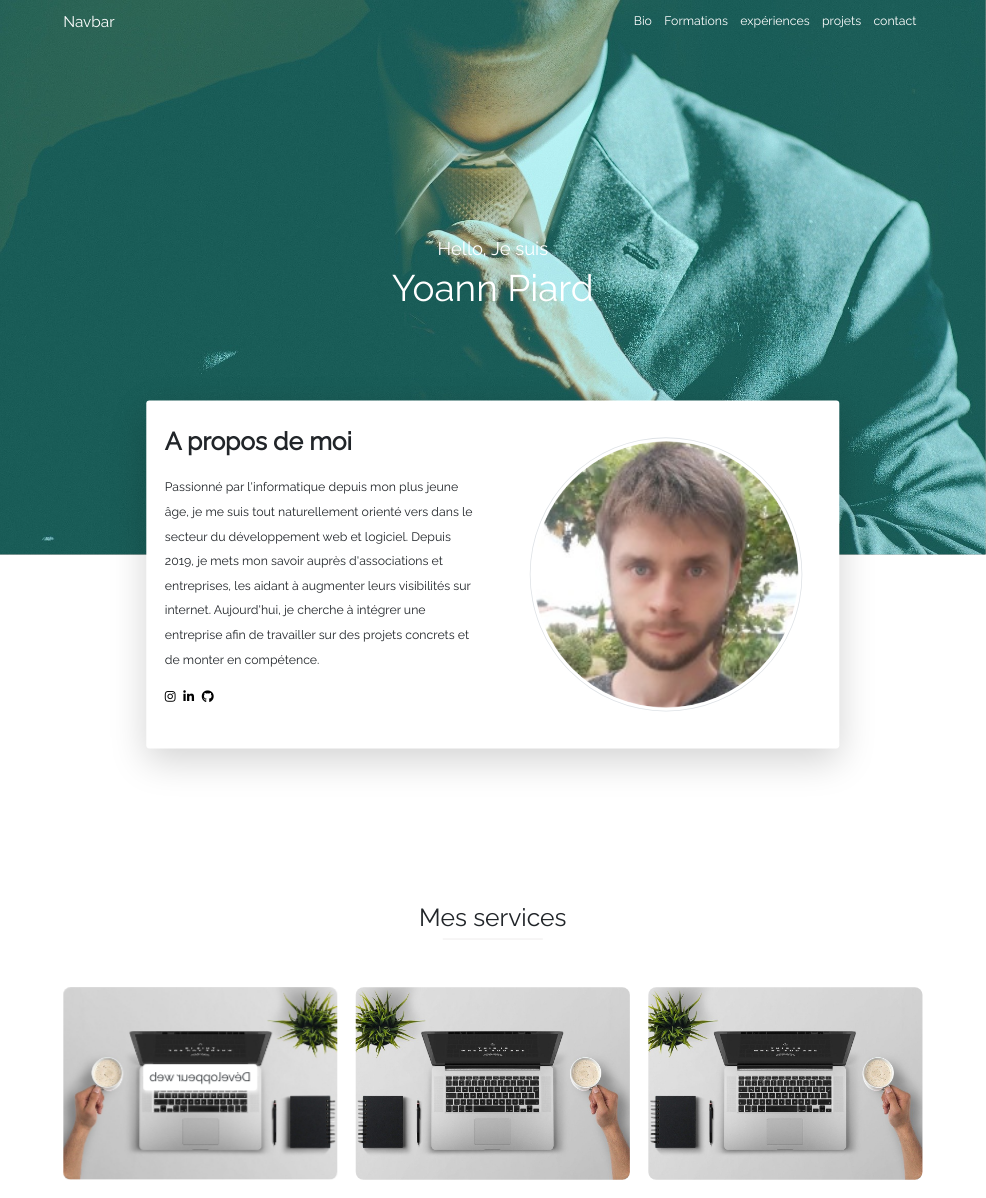
Repository: ypiard85/port-folio-bootstrap-yoann-2021
Page: index.html
The author's editor kept a copy of each file at every save. The page is drawn from the files as they stood at one save, then again after the next save.
The browser window is 1280 px wide. The pictures show the whole page, at 77% of full size.
The pointer rests on the first visible `.service_card`.

Above is the page before, as saved 2021-03-09 15:48:39.
Console error: TypeError: window.onload is not a function

### index.html
<!DOCTYPE html>
<html lang="en">
  <head>
    <meta charset="UTF-8" />
    <meta http-equiv="X-UA-Compatible" content="IE=edge" />
    <meta name="viewport" content="width=device-width, initial-scale=1.0" />
    <link rel="stylesheet" href="https://use.fontawesome.com/releases/v5.15.2/css/all.css" integrity="sha384-vSIIfh2YWi9wW0r9iZe7RJPrKwp6bG+s9QZMoITbCckVJqGCCRhc+ccxNcdpHuYu" crossorigin="anonymous">    <!-- CSS only -->
    <link rel="stylesheet" href="./resource/style.css" />
    <link
      href="https://cdn.jsdelivr.net/npm/bootstrap@5.0.0-beta2/dist/css/bootstrap.min.css"
      rel="stylesheet"
      integrity="sha384-BmbxuPwQa2lc/FVzBcNJ7UAyJxM6wuqIj61tLrc4wSX0szH/Ev+nYRRuWlolflfl"
      crossorigin="anonymous"
    />
    <title>Document</title>
  </head>
  <body>
    <nav class="navbar position-fixed w-100 navbar-expand-lg navbar-light">
      <div class="container">
        <a class="navbar-brand" href="#">Navbar</a>
        <button
          class="navbar-toggler"
          type="button"
          data-bs-toggle="collapse"
          data-bs-target="#navbarNav"
          aria-controls="navbarNav"
          aria-expanded="false"
          aria-label="Toggle navigation"
        >
          <span class="navbar-toggler-icon"></span>
        </button>
        <div class="collapse navbar-collapse" id="navbarNav">
          <ul class="navbar-nav">
            <li class="nav-item">
              <a class="nav-link active" aria-current="page" href="#bio">Bio</a>
            </li>
            <li class="nav-item">
              <a class="nav-link" href="#formation">Formations</a>
            </li>
            <li class="nav-item">
              <a class="nav-link" href="#experience">expériences</a>
            </li>
            <li class="nav-item">
              <a class="nav-link" href="#projet">projets</a>
            </li>
            <li class="nav-item">
              <a class="nav-link" href="#contact">contact</a>
            </li>
          </ul>
        </div>
      </div>
    </nav>

    <header
      class="container-fluid flex-column
          d-flex align-items-center justify-content-center"
    >
      <h4>Hello, Je suis</h4>
      <h1>Yoann Piard</h1>
    </header>

    <section class="about_me in container">
      <div class="about_card rounded shadow-lg">
        <div class="container">
          <div class="row">
            <div class="col-md-6  col-sm-12 p-3 p-sm-4 align-self-center">
              <h2 class="mb-4" >A propos de moi</h2>
              <p>
                Passionné par l'informatique depuis mon plus jeune âge, je me
                suis tout naturellement orienté vers dans le secteur du
                développement web et logiciel. Depuis 2019, je mets mon savoir
                auprès d'associations et entreprises, les aidant à augmenter
                leurs visibilités sur internet. Aujourd'hui, je cherche à
                intégrer une entreprise afin de travailler sur des projets
                concrets et de monter en compétence.
              </p>
              <ul class="d-flex">
                  <li><a href=""><i class="fab fa-instagram"></i></a></li>
                  <li><a href=""><i class="fab fa-linkedin-in"></i></a></li>
                  <li><a href=""><i class="fab fa-github"></i></a></li>
              </ul>
            </div>
            <div class="col-md-6 col-sm-12 p-3 p-sm-5 d-none d-md-block">
              <img class="img-fluid img-thumbnail" src="./resource/image/yoann_piard.png" alt="" />
            </div>
          </div>
        </div>
      </div>
    </section>

    <section class="my_work">
        <div class="container">
            <h2 class="ttile_section text-center mb-5">Mes services</h2>
            <div class="row pt-4 pb-4">
                <div class="col-md-4">
                    <div class="service_card" style="background-image: url('./resource/services/laptop-1209008_1280.jpg')">
                        <div class="service_btn"><p class="rounded">Développeur web</p></div>
                        <div class="service_hover rounded"></div>
                    </div>
                </div>
                <div class="col-md-4">
                    <div class="service_card" style="background-image: url('./resource/services/laptop-1209008_1280.jpg')"></div>

                </div>
                <div class="col-md-4">
                    <div class="service_card" style="background-image: url('./resource/services/laptop-1209008_1280.jpg')"></div>

                </div>
            </div>
        </div>
    </section>

    <!-- JavaScript Bundle with Popper -->
    <script
      src="https://cdn.jsdelivr.net/npm/bootstrap@5.0.0-beta2/dist/js/bootstrap.bundle.min.js"
      integrity="sha384-b5kHyXgcpbZJO/tY9Ul7kGkf1S0CWuKcCD38l8YkeH8z8QjE0GmW1gYU5S9FOnJ0"
      crossorigin="anonymous"
    ></script>
    <script src="https://unpkg.com/scrollreveal"></script>
    <script src="./resource/scrollreveal.js"></script>
    <script src="./resource/app.js"></script>
    <script>window.onload(scrollEffect()) </script>
  </body>
</html>

### resource/style.css
@import url('https://fonts.googleapis.com/css2?family=Raleway&display=swap');

*{
    transition: 0.3s;
}

body{
    font-family: 'Raleway', sans-serif!important;
}


.navbar-collapse{
    flex-grow: 0!important;
}

nav a{
    color: white!important;
}

header{
    height: 100vh;
    background: gray;
    background-image: linear-gradient(90deg, rgba(0,231,249,0.2780462526807598) 100%, rgba(0,4,24,0.4405112386751575) 74%), url('./image/about-section.jpg');
    background-repeat: no-repeat;
    background-size: cover;
    background-position: top center;
    color: white;
}

header h1{
    font-weight: normal;
    font-size: 3em;
}

.about_card{
    margin: auto;
    width: 900px;
    max-width: 100%;
    background-color: white;
}

.about_card a{
    font-family: Arial!important;
}

.about_me h2{
    font-weight: bold;
}

.about_card img{
    width: 100%;
    border-radius: 50%;
}

.about_card ul{
    list-style: none;
    padding: 0;
}

.about_card i{
    font-size: 1em;
    color: black;
}

.about_card{
    line-height: 2em;
}

.about_card li{
    margin-right: 10px;
}

.in{
    transform: translateY(-200px);
}

.ttile_section{
    position: relative;
}

.ttile_section::after{
    content: '';
    position: absolute;
    width: 130px;
    height: 1px;
    background-color: rgb(233, 231, 231);
    bottom: -10px;
    left:0;
    right: 0;
    margin: auto;
}

.service_card{
    height: 250px;
    background-position: center;
    background-size: cover;
    border-radius: 10px;
    position: relative;
}

.service_btn{
    display: flex;
    justify-content: center;
    height: 100%;
    align-items: center;

}

.service_btn p{
    background-color: white;
    padding: 5px 8px;
    box-shadow: -1px 2px 5px 1px rgba(255, 255, 255, 0.7),
    -1px 2px 20px rgba(255, 255, 255, 0.6) inset;
}

.service_hover{
    position: absolute;
    top:0;
    bottom:0;
    left:0;
    right:0;
    background-color: orange;
    display: none;
}

.service_card:hover{
    transform: rotateY(180deg);
}

### resource/scrollreveal.js
function scrollEffect(){


    ScrollReveal().reveal('.about_me', {
        delay: 150,
        duration: 1000,
        reset: true,
        origin: 'bottom',
        distance: '30%'
    });

}

### resource/app.js
ScrollReveal().reveal('.about_me', {
    delay: 250,
    duration: 1000,
    reset: true,
    origin: 'bottom',
    distance: '20%'
});

After the next save:
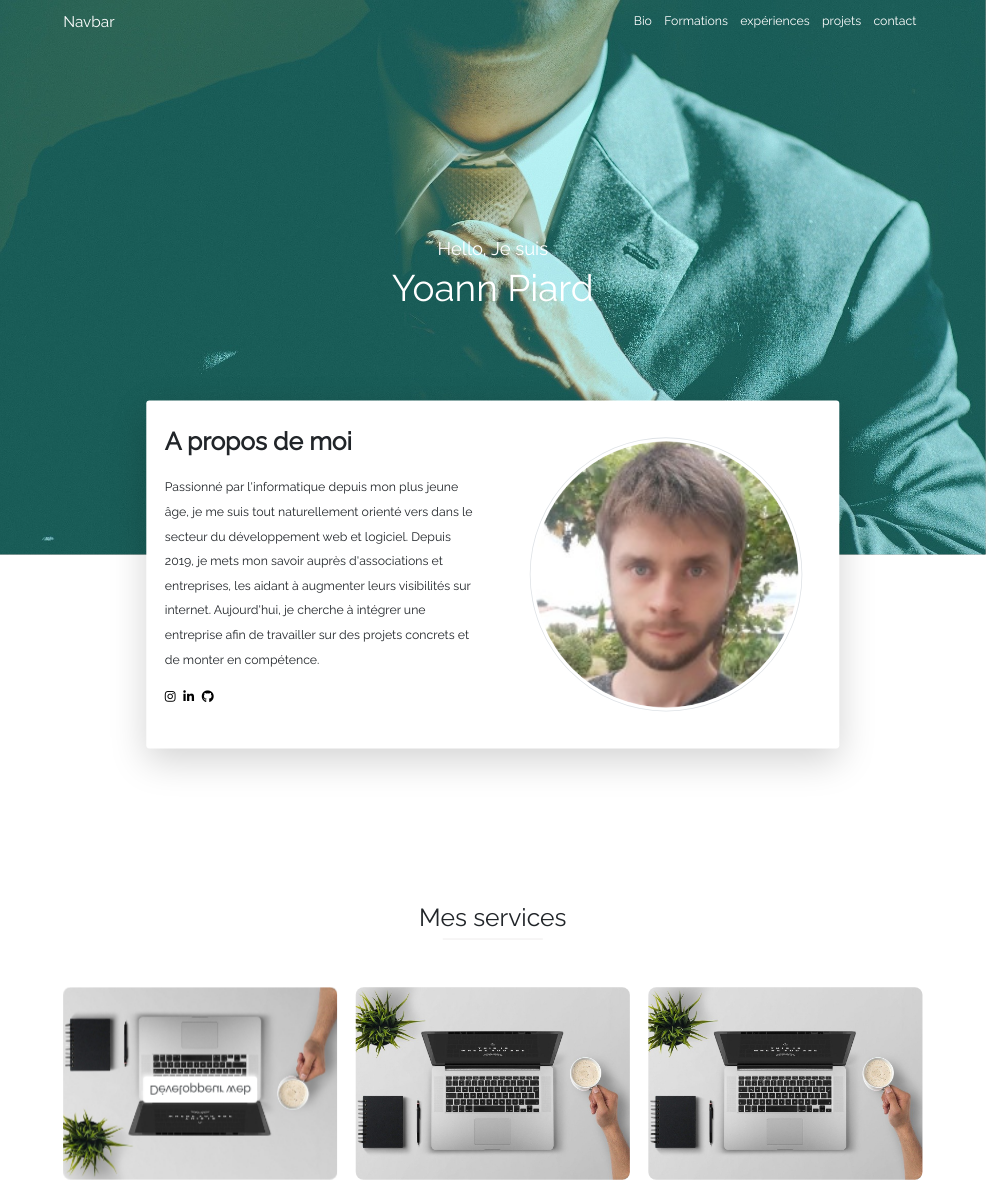
Saved 9 s later.
--- a/resource/style.css
+++ b/resource/style.css
@@ -124,5 +124,5 @@ header h1{
 }
 
 .service_card:hover{
-    transform: rotateY(180deg);
+    transform: rotateX(180deg);
 }
